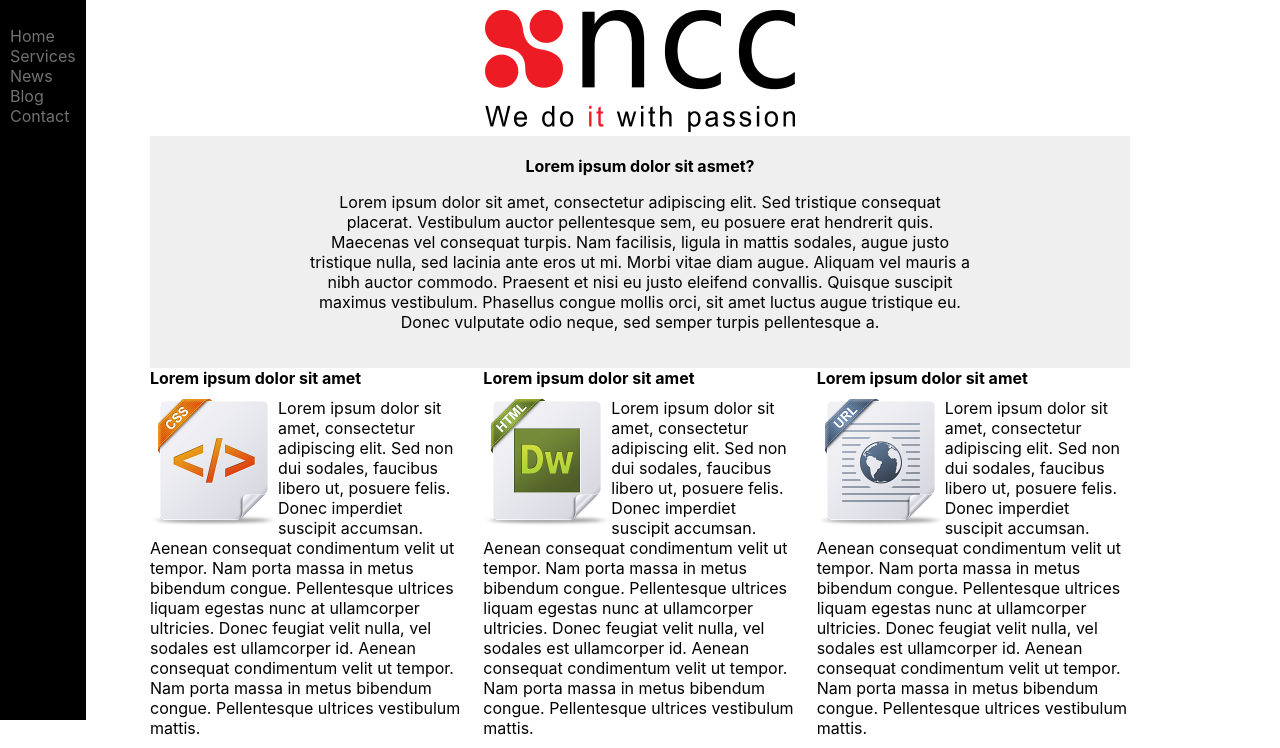
Repository: nganha241/testt
Page: /
An editor plug-in stored every save of this project. The page is shown before and after the next save, followed by the edit.
The browser window is 1280 px wide. The pictures show the whole page.
The project was rebuilt for these pictures with package versions that can differ from the ones it lists, and the page was loaded fresh each time.

Above is the page before, as saved 2023-02-28 11:30:00.

### src/App.js
import React from "react";
import Home from "./pages/Home";
import Navbar from "./pages/Navbar/Navbar";

export const App = () => {
  return (
    <div>
      <Navbar />
      <Home />
    </div>
  );
};

export default App;

### src/pages/Home.jsx
import logo from "./logoNCC.png";
import "./home.css";
import Card from "./home-card/Card";
import htmlic from "./html-icon.png";
import urlic from "./url-icon.png";
import cssic from "./css-icon.png";
const Home = () => {
  return (
    <section className="home">
      <div className="home-title">
        <img src={logo} alt="" />
      </div>
      <div className="home-content">
        <div className="content-title">Lorem ipsum dolor sit asmet?</div>
        <p>
          Lorem ipsum dolor sit amet, consectetur adipiscing elit. Sed tristique
          consequat placerat. Vestibulum auctor pellentesque sem, eu posuere
          erat hendrerit quis. Maecenas vel consequat turpis. Nam facilisis,
          ligula in mattis sodales, augue justo tristique nulla, sed lacinia
          ante eros ut mi. Morbi vitae diam augue. Aliquam vel mauris a nibh
          auctor commodo. Praesent et nisi eu justo eleifend convallis. Quisque
          suscipit maximus vestibulum. Phasellus congue mollis orci, sit amet
          luctus augue tristique eu. Donec vulputate odio neque, sed semper
          turpis pellentesque a.
        </p>
      </div>
      <div className="home-card">
        <Card icon={cssic} />
        <Card icon={htmlic} />
        <Card icon={urlic} />
      </div>
    </section>
  );
};

export default Home;

### src/pages/Navbar/Navbar.jsx
import React from "react";
import "./Navbar.css";

const Navbar = () => {
  return (
    <div className="nav">
      <ul className="nav-content">
        <li>Home</li>
        <li>Services</li>
        <li>News</li>
        <li>Blog</li>
        <li>Contact</li>
      </ul>
    </div>
  );
};

export default Navbar;

### src/pages/home.css
.home {
  margin: 0 auto;
  padding: 10px 150px;
}
.home-title {
  text-align: center;
}
.home-content {
  text-align: center;
  background: #efefef;
  padding: 20px 160px;
  font-size: 16px;
}
.content-title {
  font-weight: bold;
}
.home-card {
  display: flex;
  gap: 20px;
}

### src/pages/home-card/Card.jsx
import React from "react";

import "./Card.css";

const Card = (props) => {
  const { icon } = props;
  return (
    <div className="card">
      <div className="card-title">Lorem ipsum dolor sit amet</div>
      <div className="card-content">
        <img src={icon} alt="" />
        <span className="card-text">
          Lorem ipsum dolor sit amet, consectetur adipiscing elit. Sed non dui
          sodales, faucibus libero ut, posuere felis. Donec imperdiet suscipit
          accumsan. Aenean consequat condimentum velit ut tempor. Nam porta
          massa in metus bibendum congue. Pellentesque ultrices liquam egestas
          nunc at ullamcorper ultricies. Donec feugiat velit nulla, vel sodales
          est ullamcorper id. Aenean consequat condimentum velit ut tempor. Nam
          porta massa in metus bibendum congue. Pellentesque ultrices vestibulum
          mattis.
        </span>
      </div>
    </div>
  );
};

export default Card;

### src/pages/Navbar/Navbar.css
.nav {
  position: fixed;
  left: 0;
  height: 100%;
  background: black;
}
.nav-content {
  padding: 10px;
  color: #aaaa;
}
.nav-content li {
  list-style-type: none;
}

### src/pages/home-card/Card.css
.card-title {
  font-weight: bold;
  margin-bottom: 10px;
}
/* .card-content {
  display: flex;
} */
.card-content img {
  width: 128px;
  height: 128px;
  object-fit: cover;
  float: left;
}

.card-text {
  margin-top: 10px;
  text-align: left;
  font-size: 16px;
}

Loaded but not shown: public/index.html (common file); src/index.js (common file); src/index.css (common file)

After the next save:
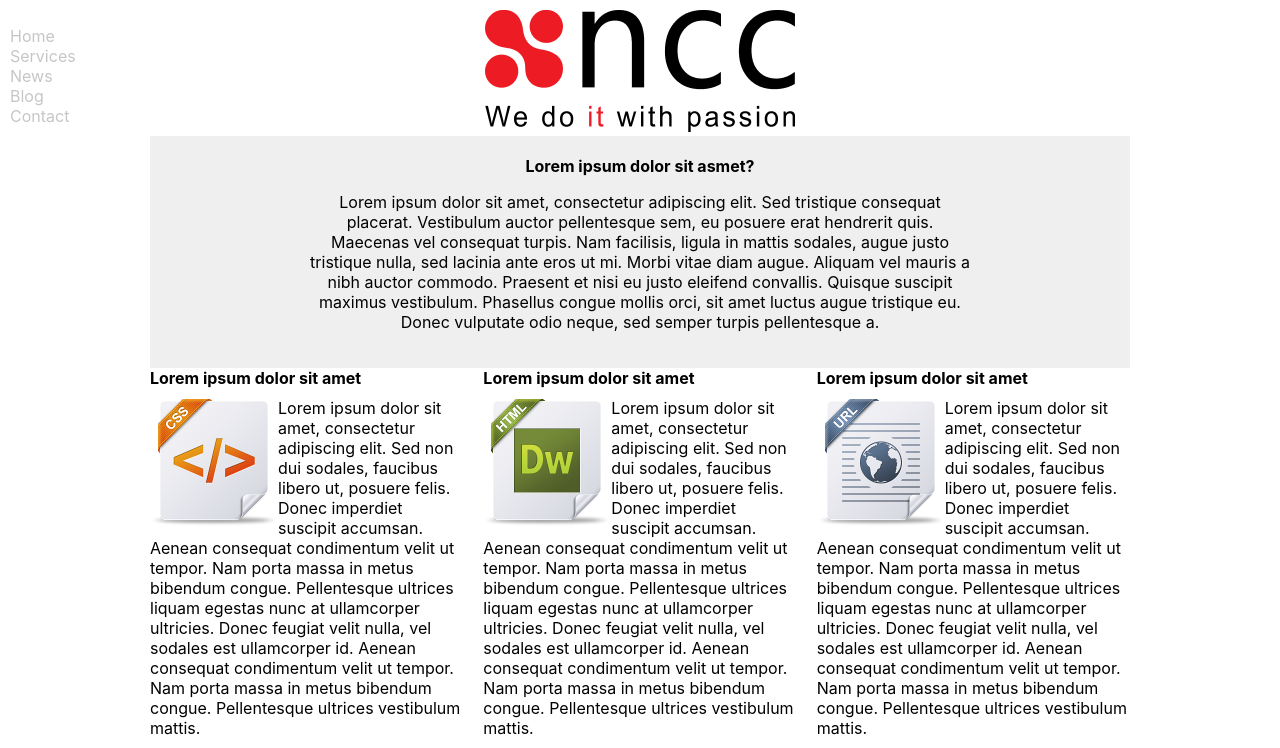
Saved 14 s later.
--- a/src/pages/Navbar/Navbar.css
+++ b/src/pages/Navbar/Navbar.css
@@ -2,7 +2,7 @@
   position: fixed;
   left: 0;
   height: 100%;
-  background: black;
+  background: ##191718;
 }
 .nav-content {
   padding: 10px;
